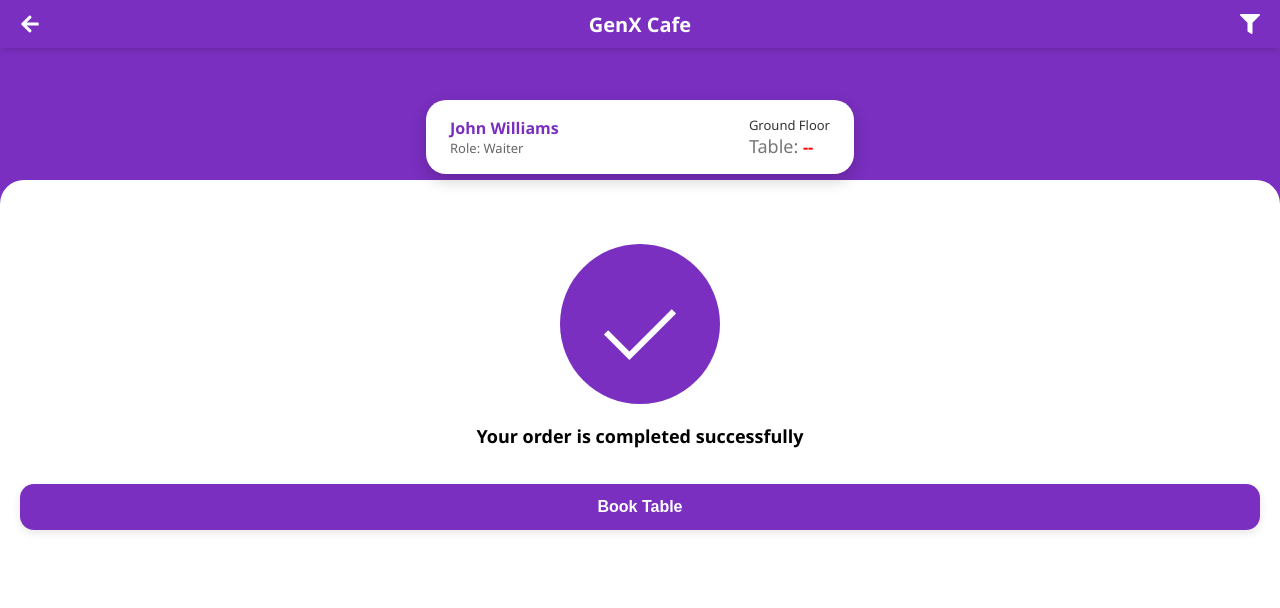
Repository: rajeshwaranslv/sturdy-spork-genx-frontend
Page: /success
The author's editor kept a copy of each file at every save. The page is drawn from the files as they stood at one save, then again after the next save.
The browser window is 1280 px wide. The pictures show the whole page.
The project was rebuilt for these pictures with package versions that can differ from the ones it lists, and the page was loaded fresh each time. Also part of the build but not shown: src/components/TableSelection.js, src/components/menu.css, src/components/MenuSelection.js, src/components/order.css, src/components/OrderReview.js, src/components/Billing.js.

Above is the page before, as saved 2025-07-17 11:24:12.

After the next save:
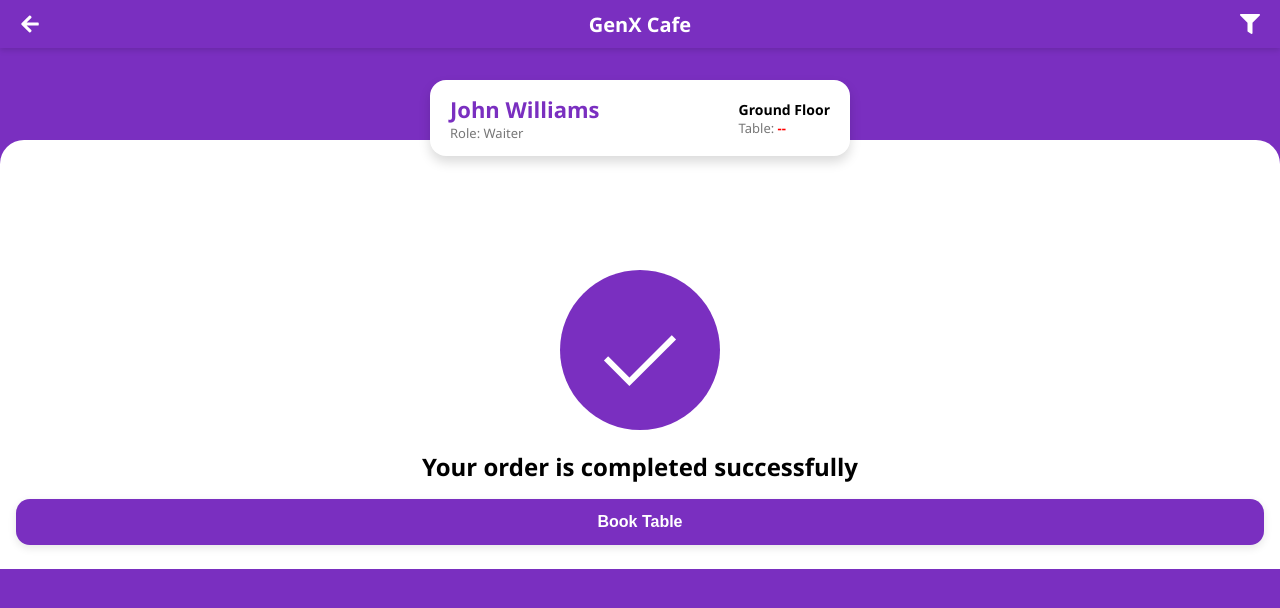
Saved 4 s later.
--- a/src/components/billing.css
+++ b/src/components/billing.css
@@ -1,11 +1,10 @@
 /* Base Container */
 .container-fluid {
+  position: relative;
   background-color: #7a2fc0;
   min-height: 100vh;
   font-family: 'Segoe UI', sans-serif;
-  overflow: hidden;
-  display: flex;
-  flex-direction: column;
+  overflow-x: hidden;
 }
 
 /* Header */
@@ -13,7 +12,7 @@
   display: flex;
   justify-content: space-between;
   align-items: center;
-  padding: 16px 20px;
+  padding: 16px;
   color: white;
   background: #7a2fc0;
   position: sticky;
@@ -31,17 +30,17 @@
   cursor: pointer;
 }
 
-/* Floating Waiter Card */
+/* Waiter Card */
 .waiter-card {
-  position: fixed;
-  top: 100px;
+  position: absolute;
+  top: 80px;
   left: 50%;
   transform: translateX(-50%);
-  z-index: 99;
+  z-index: 20;
   background: white;
-  border-radius: 20px;
-  box-shadow: 0 6px 16px rgba(0, 0, 0, 0.2);
-  padding: 16px 24px;
+  border-radius: 16px;
+  box-shadow: 0 6px 12px rgba(0, 0, 0, 0.15);
+  padding: 14px 20px;
   width: 92%;
   max-width: 380px;
   display: flex;
@@ -49,53 +48,43 @@
   align-items: center;
 }
 
-.waiter-left {
-  display: flex;
-  flex-direction: column;
-}
-
 .waiter-name {
   color: #7a2fc0;
   font-weight: bold;
-  font-size: 16px;
 }
 
 .waiter-role {
   font-size: 13px;
-  color: #666;
+  color: #777;
 }
 
 .floor-label {
-  font-size: 13px;
-  font-weight: 500;
-  color: #333;
+  font-weight: bold;
+  font-size: 14px;
 }
 
-.orders-count .order-red {
+.orders-count {
+  font-size: 13px;
+  color: #777;
+}
+
+.order-red {
   color: red;
   font-weight: bold;
-  font-size: 16px;
 }
 
-/* Scrollable Section */
+/* Rounded Section */
 .table-section {
-  margin-top: 180px;
-  background-color: white;
+  background: white;
+  margin-top: 140px;
   border-top-left-radius: 24px;
   border-top-right-radius: 24px;
-  padding: 24px 20px 40px;
-  flex: 1;
-  overflow-y: auto;
+  padding: 90px 16px 24px;
+  position: relative;
+  z-index: 1;
 }
 
-/* Section Title */
-.table-section h2 {
-  font-size: 18px;
-  font-weight: bold;
-  margin-bottom: 20px;
-}
-
-/* Items List */
+/* Order List */
 .order-list {
   list-style: none;
   padding: 0;
@@ -105,47 +94,32 @@
 .item-row {
   display: flex;
   justify-content: space-between;
-  align-items: center;
-  padding: 12px 0;
-  border-bottom: 1px solid #eee;
-}
-
-.item-info {
-  display: flex;
-  flex-direction: column;
-}
-
-.item-info strong {
-  font-size: 16px;
-  margin-bottom: 4px;
+  margin-bottom: 12px;
+  border-bottom: 1px solid #ddd;
+  padding-bottom: 10px;
 }
 
 .item-info p {
-  font-size: 14px;
+  margin: 4px 0 0;
   color: #666;
-  margin: 0;
 }
 
-/* Quantity Controls */
 .qty-controls {
   display: flex;
   align-items: center;
-  gap: 12px;
+  gap: 8px;
 }
 
+/* Quantity Buttons */
 .qty-btn {
   background-color: #7a2fc0;
   color: white;
   border: none;
-  border-radius: 50%;
-  width: 36px;
-  height: 36px;
-  font-size: 20px;
+  border-radius: 6px;
+  padding: 4px 10px;
+  font-size: 16px;
   font-weight: bold;
   cursor: pointer;
-  display: flex;
-  align-items: center;
-  justify-content: center;
   transition: background-color 0.2s ease;
 }
 
@@ -153,51 +127,28 @@
   background-color: #6926b2;
 }
 
-.qty-controls span {
+/* Summary */
+.invoice-summary {
+  margin-top: 24px;
   font-size: 16px;
-  font-weight: bold;
-  min-width: 24px;
-  text-align: center;
-}
-
-/* Invoice Summary */
-.invoice-summary {
-  background-color: #f9f9f9;
-  padding: 20px;
-  margin-top: 32px;
-  border-radius: 16px;
+  background: #f9f9f9;
+  padding: 16px;
+  border-radius: 12px;
   box-shadow: 0 -2px 6px rgba(0, 0, 0, 0.05);
 }
 
-.invoice-summary p {
-  margin: 8px 0;
-  font-size: 15px;
-}
-
-.invoice-summary p:first-child {
-  margin-bottom: 16px;
-  font-size: 18px;
-  font-weight: bold;
-}
-
-.invoice-summary p:last-child {
-  font-size: 18px;
-  font-weight: bold;
-  color: #333;
-}
-
-/* Footer Button */
+/* Button */
 .select-btn {
   width: 100%;
-  margin-top: 24px;
-  padding: 16px;
+  padding: 14px;
+  border-radius: 14px;
+  background-color: #7a2fc0;
+  color: white;
   font-size: 16px;
   font-weight: bold;
-  background-color: #7a2fc0;
-  color: white;
   border: none;
-  border-radius: 16px;
   cursor: pointer;
+  margin-top: 20px;
   box-shadow: 0 3px 8px rgba(0, 0, 0, 0.1);
 }
 
